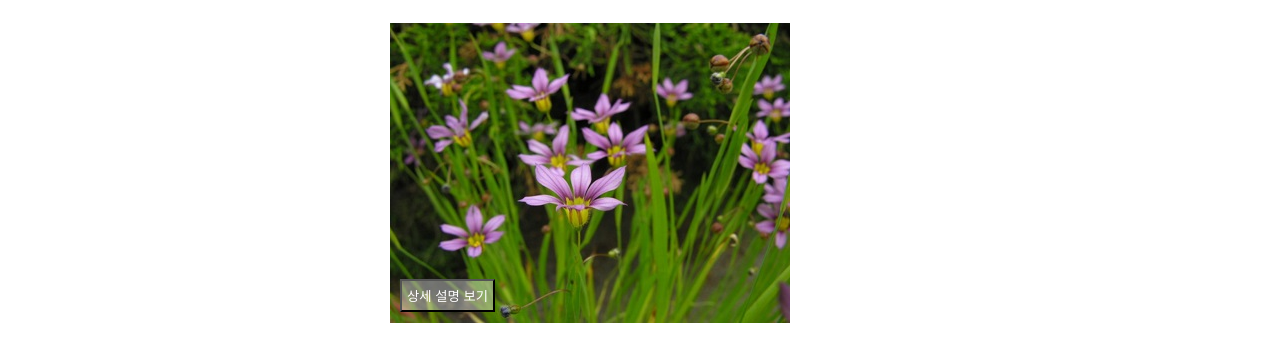
Repository: shinsil0601/webstudy
Page: 03_JavaScript/src/main/webapp/day02/ex17_event.html
An editor plug-in stored every save of this project. The page is shown before and after the next save, followed by the edit.
The browser window is 1280 px wide. The pictures show the whole page.

Above is the page before, as saved 2023-06-28 07:46:04.

### 03_JavaScript/src/main/webapp/day02/ex17_event.html
<!DOCTYPE html>
<html>
<head>
<meta charset="UTF-8">
<title>Insert title here</title>
<style type="text/css">
	#item{
		position: relative;
		width: 500px;
		height: auto;
		padding: 15px 20px;
		margin: auto;
	}
	.over{
		position: absolute;
		left: 30px;
		bottom: 30px;
	}
	.detail{
		width: 400px;
		line-height: 1.8;
		display: none;
	}
	button{
		background-color: rgba(255,255,255,0.4);
		color: white;
		padding: 5px;
	}
</style>
</head>
<body>
	<div id="item">
		<img src="../images/flower.jpg">
		<button class="over" id="open">상세 설명 보기</button>
		<div id="desc" class="detail">
			<h2>등심붓꽃</h2>
			<p>북아메리카 원산으로 각지에서 관상초로 흔히 심고 있는 귀화식물이다.
			길가나 잔디밭에서 흔히 볼 수 있다. 아주 작은 씨앗을 무수히 많이 가지고 있는데
			바람을 이용해 씨앗들을 날려보내거나, 뿌리줄기를 통해 동일한 개체들을 많이 만들어 냄으로써 번식한다.</p>
		<button id="close">상세 설명 닫기</button>
		</div>
	</div>
</body>
</html>

After the next save:
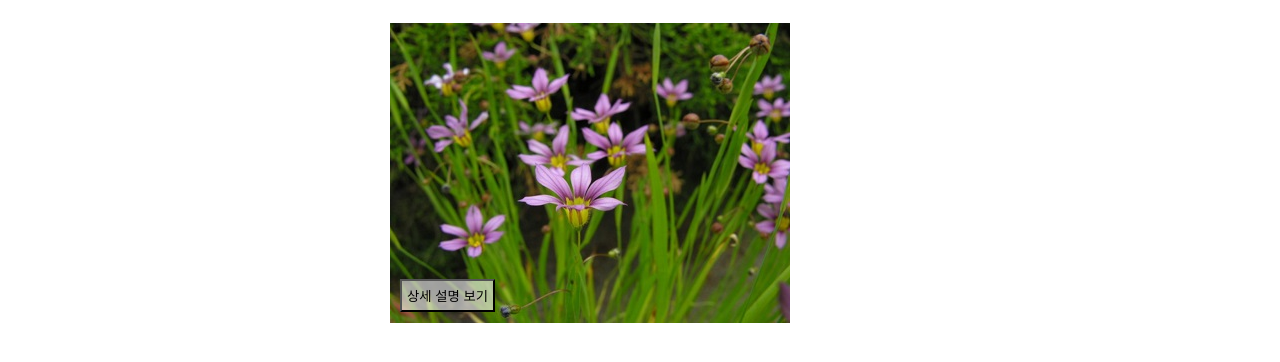
Saved 27 s later.
--- a/03_JavaScript/src/main/webapp/day02/ex17_event.html
+++ b/03_JavaScript/src/main/webapp/day02/ex17_event.html
@@ -22,8 +22,7 @@
 		display: none;
 	}
 	button{
-		background-color: rgba(255,255,255,0.4);
-		color: white;
+		background-color: rgba(255,255,255,0.6);
 		padding: 5px;
 	}
 </style>
